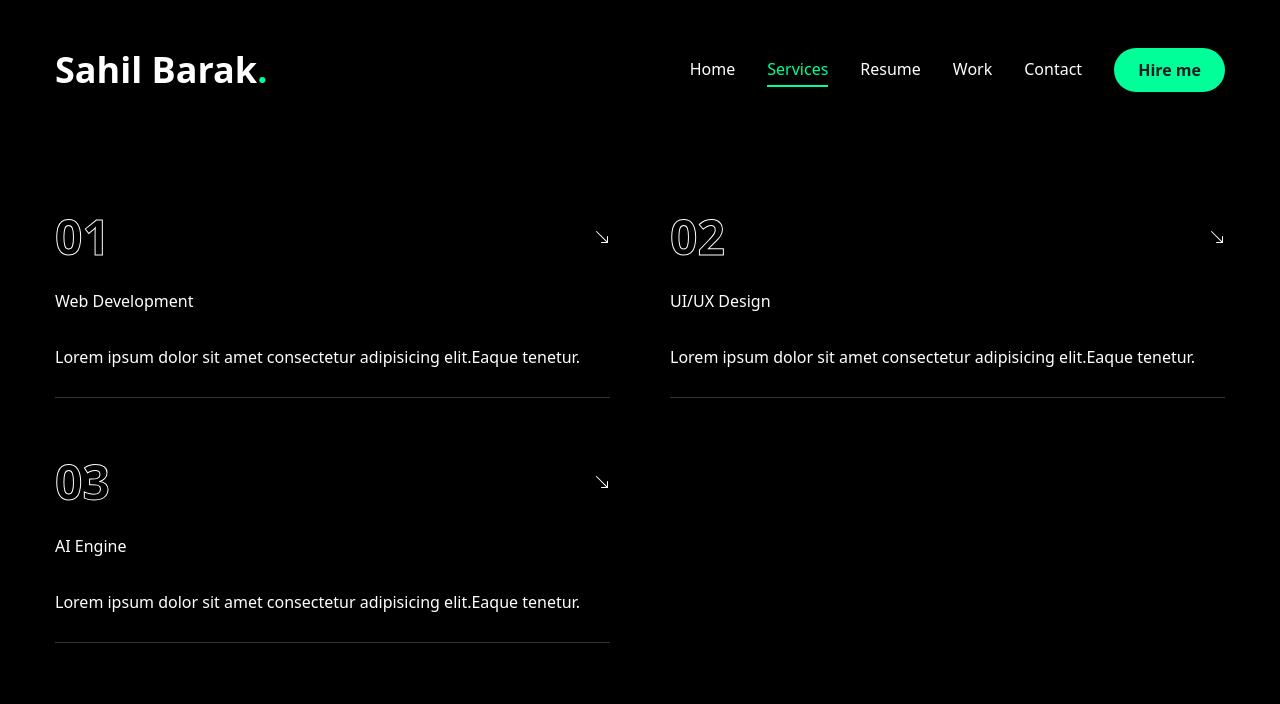
Repository: Moxsahil/My_portfolio
Page: /services (app in sahil-portfolio/)
The author's editor kept a copy of each file at every save. The page is drawn from the files as they stood at one save, then again after the next save.
The browser window is 1280 px wide. The pictures show the whole page.
The project was rebuilt for these pictures with package versions that can differ from the ones it lists, and the page was loaded fresh each time. The framework's server and built-in components were replaced by stand-ins that run in the browser. Also part of the build but not shown: sahil-portfolio/next.config.mjs.

Above is the page before, as saved 2024-10-04 13:29:42.

After the next save:
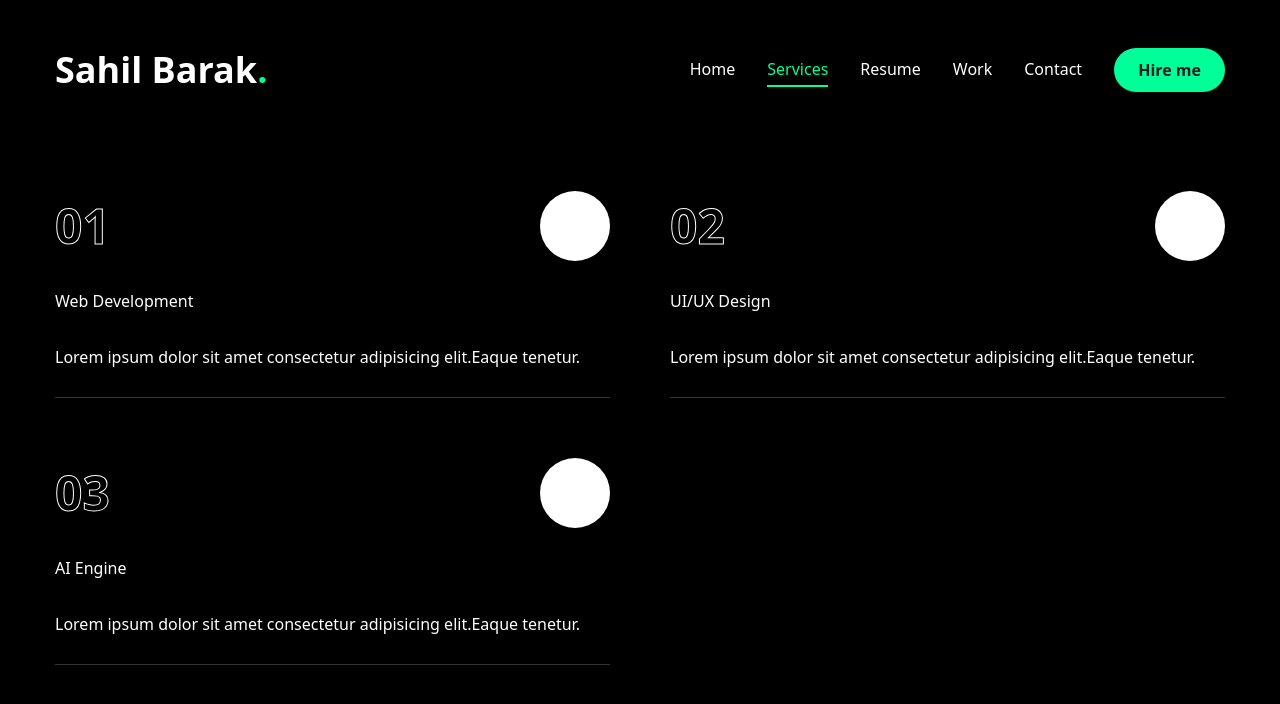
Saved 3 min 58 s later.
--- a/sahil-portfolio/app/services/page.jsx
+++ b/sahil-portfolio/app/services/page.jsx
@@ -44,7 +44,10 @@
           <div className="w-full flex justify-between items-center">
             <div className="text-5xl font-extrabold text-outline
             text-transparent group-hover:text-outline-hover transition-all duration-500">{service.num}</div>
-            <Link href={`/services/${service.num}`} >
+            <Link href={`/services/${service.num}`} className="w-[70px] h-[70px] rounded-full
+             bg-white group-hover:bg-accent transition-all duration-500 flex
+             justify-center items-center hover:-rotate-45"
+             >
             <BsArrowDownRight />
             </Link>
           </div>
